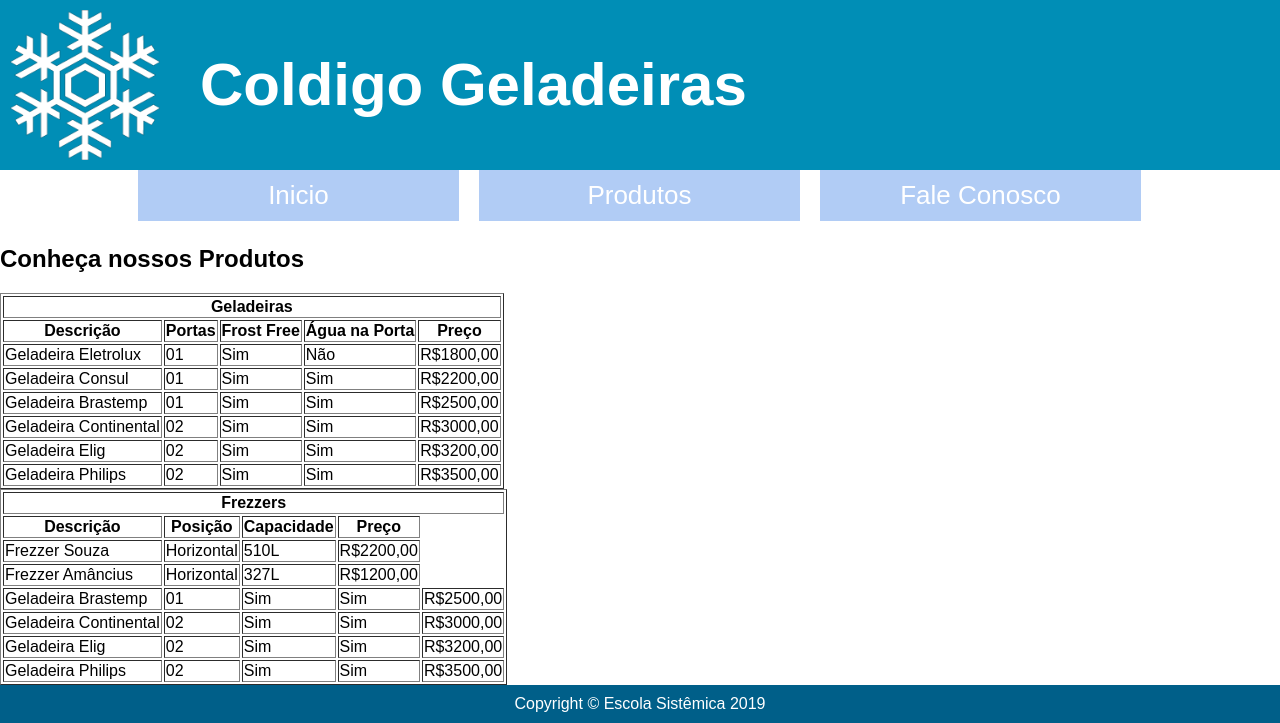
Repository: VandersonCani/Front-End
Page: ProjetoTrilhaWeb/src/main/webapp/WEB-INF/pages/site/produtos.html
An editor plug-in stored every save of this project. The page is shown before and after the next save, followed by the edit.
The browser window is 1280 px wide. The pictures show the whole page.

Above is the page before, as saved 2024-05-08 00:34:38.

### ProjetoTrilhaWeb/src/main/webapp/WEB-INF/pages/site/produtos.html
<!DOCTYPE html>
<html lang="pt-br">
<head>

<meta charset="UTF-8">
<meta name= "description" content= "Site da Coldigo Geladeiras">
<meta name= "keywords" content= "Geladeiras, Frost-free, Refrigeração">
<meta name= "author" content= "Escola Sistêmica">
<meta name= "viewport" content= "width=device-width, initial-scale=1.0">
<title>Coldigo Geladeiras</title>
<link rel="stylesheet" type="text/css" href="../../css/site.css">
</head>
<body>
	<header>
	<img src="../../imgs/logo.png" alt="Logo da Coldigo Geladeiras">
	<h1>Coldigo Geladeiras</h1>
	</header>
	<nav>
	<a href="../../index.html"><div class= "opcao">Inicio</div></a>
	<a href="../../pages/site/produtos.html"><div class= "opcao">Produtos</div></a>
	<a href="../../pages/site/faleconosco.html"><div class= "opcao">Fale Conosco</div></a>
	</nav>
	<section>
		<h2>Conheça nossos Produtos</h2>
		<table border= 1>
			<thead>
				<tr>
					<th colspan="5"> Geladeiras</th>
				</tr>
				<tr>
					<th>Descrição</th>
					<th>Portas</th>
					<th>Frost Free</th>
					<th>Água na Porta</th>
					<th>Preço</th>
				</tr>
			</thead>
			<tbody>
				<tr>
					<td>Geladeira Eletrolux</td>
					<td>01</td>
					<td>Sim</td>
					<td>Não</td>
					<td>R$1800,00</td>
				</tr>
				<tr>
					<td>Geladeira Consul</td>
					<td>01</td>
					<td>Sim</td>
					<td>Sim</td>
					<td>R$2200,00</td>
				</tr>
				<tr>
					<td>Geladeira Brastemp</td>
					<td>01</td>
					<td>Sim</td>
					<td>Sim</td>
					<td>R$2500,00</td>
				</tr>
				<tr>
					<td>Geladeira Continental</td>
					<td>02</td>
					<td>Sim</td>
					<td>Sim</td>
					<td>R$3000,00</td>
				</tr>
				<tr>
					<td>Geladeira Elig</td>
					<td>02</td>
					<td>Sim</td>
					<td>Sim</td>
					<td>R$3200,00</td>
				</tr>
				<tr>
					<td>Geladeira Philips</td>
					<td>02</td>
					<td>Sim</td>
					<td>Sim</td>
					<td>R$3500,00</td>
				</tr>
			</tbody>
		</table>
		<table border= 1>
			<thead>
				<tr>
					<th colspan="5"> Frezzers</th>
				</tr>
				<tr>
					<th>Descrição</th>
					<th>Posição</th>
					<th>Capacidade</th>
					<th>Preço</th>
				</tr>
			</thead>
			<tbody>
				<tr>
					<td>Frezzer Souza</td>
					<td>Horizontal</td>
					<td>510L</td>
					<td>R$2200,00</td>
				</tr>
				<tr>
					<td>Frezzer Amâncius</td>
					<td>Horizontal</td>
					<td>327L</td>
					<td>R$1200,00</td>
				</tr>
				<tr>
					<td>Geladeira Brastemp</td>
					<td>01</td>
					<td>Sim</td>
					<td>Sim</td>
					<td>R$2500,00</td>
				</tr>
				<tr>
					<td>Geladeira Continental</td>
					<td>02</td>
					<td>Sim</td>
					<td>Sim</td>
					<td>R$3000,00</td>
				</tr>
				<tr>
					<td>Geladeira Elig</td>
					<td>02</td>
					<td>Sim</td>
					<td>Sim</td>
					<td>R$3200,00</td>
				</tr>
				<tr>
					<td>Geladeira Philips</td>
					<td>02</td>
					<td>Sim</td>
					<td>Sim</td>
					<td>R$3500,00</td>
				</tr>
			</tbody>
		</table>
	</section>
	<footer>Copyright &copy; Escola Sistêmica 2019</footer>
</body>
</html>

### ProjetoTrilhaWeb/src/main/webapp/WEB-INF/css/site.css
@charset "UTF-8";
/*configuração geral do corpo da página*/

body{
	margin: 0 auto;
	font-family:"Century Gothic", sans-serif;
}

/****************************** Configurações Gerais ***************************************/
/*cabeçalho*/
header{
	height: 170px;
	background-color: #008eb6;
}
header img{
	float: left;
	height: 150px;
	width: 150px;
	margin: 10px;
}
header h1{
	float: left;
	margin: 50px 0 0 30px;
	font-size: 60px;
	color: #ffffff;
}
/* Menu */
nav{
	clear: both;
	width: 80%;
	margin: 0px auto;
	height: 55px;
}
nav a{
	color: white;
	text-decoration: none;
	text-align: center;
}
nav .opcao{
	float: left;
	width: 31.3%;
	background-color: #b1ccf5;
	padding:10px 0;
	margin: 0 1%;
	font-size: 26px;
}
nav .opcao:hover{
	background-color:#83afd3;
}

/*Área geral para conteúdos específicos de cada página*/
section{
	clear:both;
	min-height:360px;
	width: 100%;
	margin-top: 0px;
}
footer{
	background-color:#005f89;
	color:#fff;
	text-align:center;
	padding:10px;
}

After the next save:
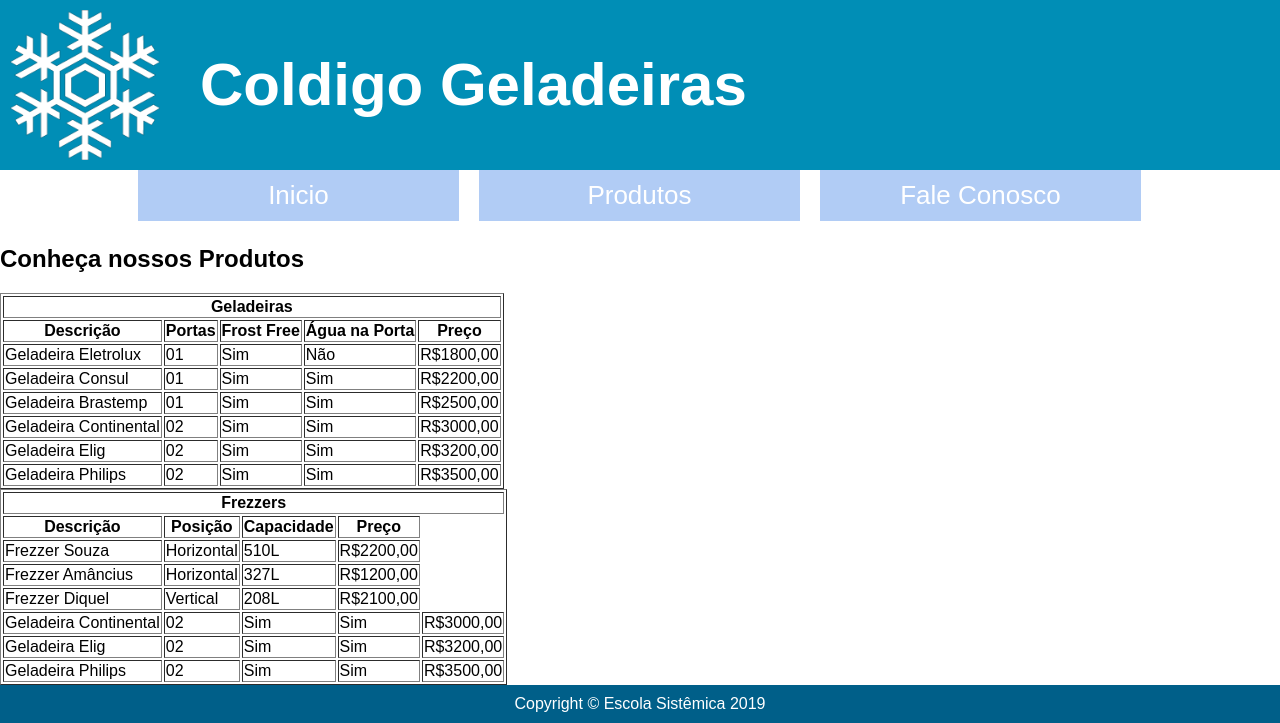
Saved 28 s later.
--- a/ProjetoTrilhaWeb/src/main/webapp/WEB-INF/pages/site/produtos.html
+++ b/ProjetoTrilhaWeb/src/main/webapp/WEB-INF/pages/site/produtos.html
@@ -106,11 +106,10 @@
 					<td>R$1200,00</td>
 				</tr>
 				<tr>
-					<td>Geladeira Brastemp</td>
-					<td>01</td>
-					<td>Sim</td>
-					<td>Sim</td>
-					<td>R$2500,00</td>
+					<td>Frezzer Diquel</td>
+					<td>Vertical</td>
+					<td>208L</td>
+					<td>R$2100,00</td>
 				</tr>
 				<tr>
 					<td>Geladeira Continental</td>
